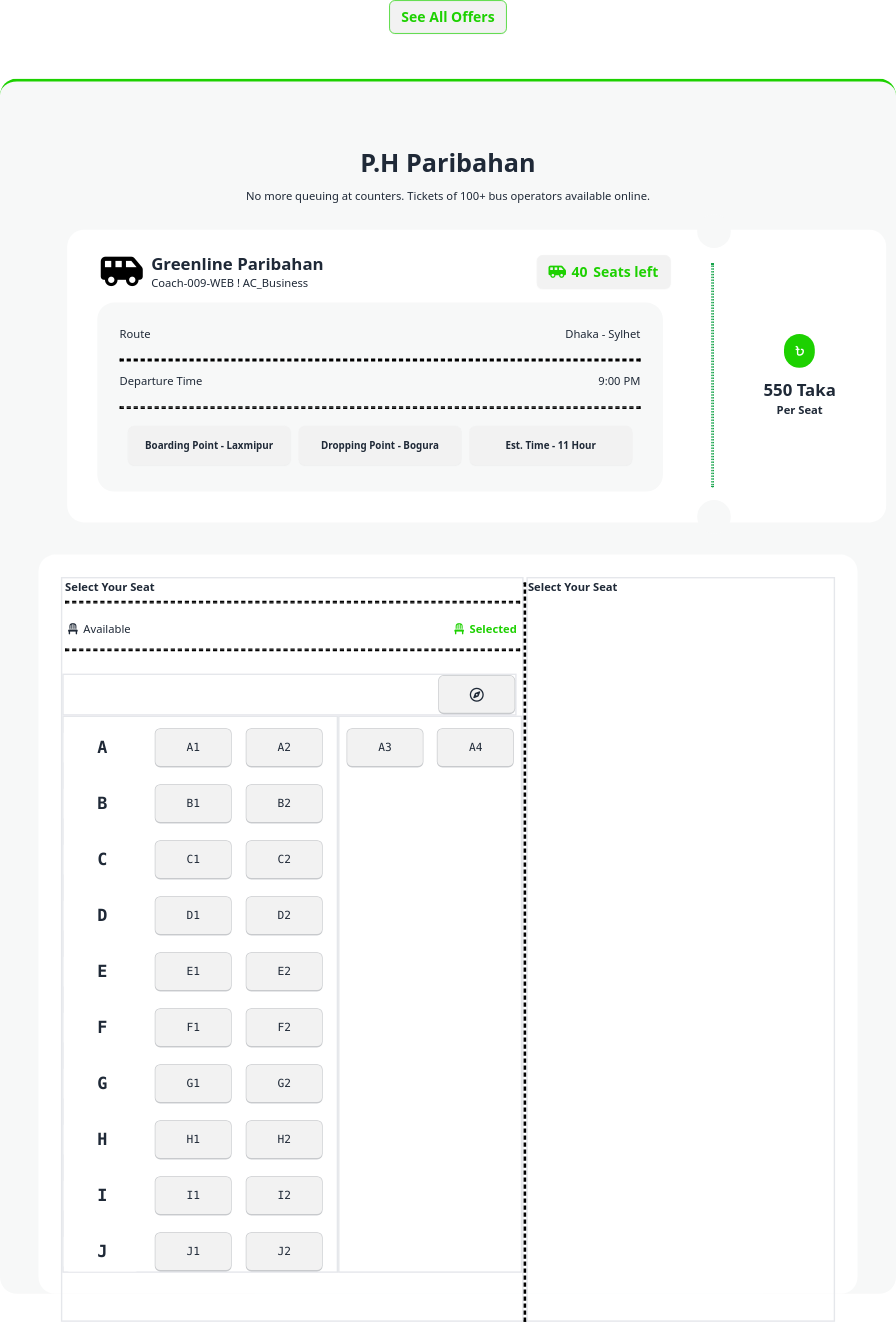
Repository: RudrasahaDibos/Smart-ticketing
Page: index.html
An editor plug-in stored every save of this project. The page is shown before and after the next save, followed by the edit.
The browser window is 1280 px wide. The pictures show the part of the page from y = 1206 to 3126 px (the page is 3126 px tall), at 70% of full size.
Some web fonts or font styles are not loaded; a fallback is used. Some web libraries are served in a nearby version.

Above is the page before, as saved 2024-11-10 13:38:27.

### index.html
<!DOCTYPE html>
<html lang="en">
  <head>
    <meta charset="UTF-8">
    <meta name="viewport" content="width=device-width, initial-scale=1.0">
    <title>Smart-ticketing</title>
    <!-- tailwind link -->
    <link href="https://cdn.jsdelivr.net/npm/daisyui@4.12.14/dist/full.min.css"
      rel="stylesheet" type="text/css" />
    <script src="https://cdn.tailwindcss.com"></script>
    <!-- font awesome link -->
    <link rel="stylesheet"
      href="https://cdnjs.cloudflare.com/ajax/libs/font-awesome/6.6.0/css/all.min.css"
      integrity="sha512-Kc323vGBEqzTmouAECnVceyQqyqdsSiqLQISBL29aUW4U/M7pSPA/gEUZQqv1cwx4OnYxTxve5UMg5GT6L4JJg=="
      crossorigin="anonymous" referrerpolicy="no-referrer" />

    <!-- google fonts  -->
    <link rel="preconnect" href="https://fonts.googleapis.com">
    <link rel="preconnect" href="https://fonts.gstatic.com" crossorigin>
    <link
      href="https://fonts.googleapis.com/css2?family=Anton+SC&family=Manrope:wght@200..800&family=Raleway:ital,wght@0,100..900;1,100..900&display=swap"
      rel="stylesheet">

    <style>
.raleway{
  font-family: "Raleway", sans-serif;
}
</style>

  </head>
  <body>
    <!-- header ends here -->
    <header class="container mx-auto lg:pl-24 lg:pr-24 lg:pt-4 w-[1400px]">
      <div>
        <!-- navbar starts here -->
        <div class="navbar bg-base-100">
          <div class="navbar-start">
            <div class="dropdown">
              <div tabindex="0" role="button" class="btn btn-ghost lg:hidden">
                <svg
                  xmlns="http://www.w3.org/2000/svg"
                  class="h-5 w-5"
                  fill="none"
                  viewBox="0 0 24 24"
                  stroke="currentColor">
                  <path
                    stroke-linecap="round"
                    stroke-linejoin="round"
                    stroke-width="2"
                    d="M4 6h16M4 12h8m-8 6h16" />
                </svg>
              </div>
              <ul
                tabindex="0"
                class="menu menu-sm dropdown-content bg-base-100 rounded-box z-[1] mt-3 w-52 p-2 shadow">
                <li><a>Home</a></li>
                <li><a>About</a></li>
                <li><a>Destination</a></li>
                <li><a>Search</a></li>
              </ul>
            </div>
            <a class="btn btn-ghost text-2xl font-extrabold">E-Ticket</a>
          </div>
          <div class="navbar-center hidden lg:flex">
            <ul class="menu menu-horizontal px-1">
              <li><a>Home</a></li>
              <li><a>About</a></li>
              <li><a>Destination</a></li>
              <li><a>Search</a></li>
            </ul>
          </div>
          <div class="navbar-end">
            <a class="btn text-[#1DD100]  border-1  text-xl">Bus <i
                class="fa-solid fa-van-shuttle"></i></a>
          </div>
        </div>
      </div>

      <!-- banner start here -->

      <div
        class="hero h-[550px] mt-8 bg-[url('/images/banner.png')] rounded-3xl relative">

        <div class="hero-content text-neutral-content text-center">
          <div class>
            <h1 class="mb-5 text-5xl font-extrabold">End-to-End Travel with <br>
              <span class="text-5xl text-[#1DD100]  font-extrabold">P
                Paribahan</span></h1>
            <p class="mb-5">
              A one-stop solution for your travel needs

              Introducing you to the Shohoz way of life
            </p>
            <button class="btn bg-[#1DD100] border-none">Buy Tickets</button>
          </div>
        </div>
      </div>

      <!-- banner end here -->

      <!-- 3 card start here  -->

      <div
        class=" flex justify-between items-center gap-4 pl-16 pr-16 absolute -bottom-4   ">
        <div
          class="stat flex bg-white justify-center items-center shadow-xl  border-b-4 border-b-[#1DD100]  rounded-2xl w-[338px] h-[138px]">
          <div class="text-[#1DD100] text-2xl font-extrabold ">
            <i class="fa-solid fa-users"></i>
          </div>

          <div>
            <div class="stat-value">500K+</div>
            <div class="stat-desc text-xl ">Registered users</div>
          </div>

        </div>

        <div
          class="stat flex bg-white justify-center items-center  border-b-4 border-b-[#1DD100] shadow-xl  rounded-2xl w-[338px] h-[138px]">
          <div class="text-[#1DD100] text-2xl font-extrabold ">
            <i class="fa-solid fa-ticket  "></i>

          </div>

          <div>
            <div class="stat-value">1.7 lacks</div>
            <div class="stat-desc text-xl ">Tickets sold</div>
          </div>

        </div>

        <div
          class="stat flex bg-white justify-center items-center  border-b-4 border-b-[#1DD100] shadow-xl  rounded-2xl w-[338px] h-[138px]">
          <div class="text-[#1DD100] text-2xl font-extrabold ">
            <i class="fa-solid fa-van-shuttle"></i>

          </div>

          <div>
            <div class="stat-value">80K+</div>
            <div class="stat-desc text-xl ">Rental partners</div>
          </div>

        </div>
      </div>

      <!-- 3 card ends here -->

      <!-- navbar Ends here -->
    </header>
    <!-- header ends here -->

    <!-- main start here -->
    <main class>
      <!-- Best offers for you start here -->
      <section
        class="mt-40 container mx-auto  lg:pl-24 lg:pr-24 lg:pt-4 w-[1400px]">
        <h1 class="text-4xl font-semibold text-center">Best offers for you</h1>
        <!-- two card start here -->
        <div class="flex  flex-col lg:flex-row gap-4 mt-10">
          <div class="bg-yellow-500  w-[573px] h-[220px]  rounded-2xl">

            <div>

              <div class=" w-[50%] mt-14 ml-14">
                <h1 class="text-4xl font-extrabold">15% OFF</h1>
                <p class="text-xl font-bold">on your next purchase</p>
                <p class="text-xl font-bold">use by January 2024</p>
              </div>

              <div class=" w-1/4 -mt-20 ml-auto mr-14  text-center">
                <h1 class="text-4xl font-extrabold">NEW15</h1>
                <p class="text-xl font-bold">Coupon Code</p>

              </div>
            </div>
            <p
              class="bg-white w-[48px] h-[48px] absolute mx-auto rounded-full ml-80 -mt-40  "></p>
            <p
              class="bg-white w-[48px] h-[48px] absolute mx-auto rounded-full ml-80 mt-[55px]  "></p>
            <p
              class="border-2 border-dotted border-white relative w-0 h-32 -mt-[95px] ml-[343px]  "></p>

          </div>
          <div class="bg-pink-400   w-[573px] h-[220px] rounded-2xl">
            <div>

              <div class=" w-[50%] mt-14 ml-14">
                <h1 class="text-4xl font-extrabold">20% OFF</h1>
                <p class="text-xl font-bold">on your next purchase</p>
                <p class="text-xl font-bold">use by January 2024</p>
              </div>

              <div class="  w-2/4 -mt-20 ml-[300px] mr-14  text-center">
                <h1 class="text-4xl font-extrabold">Couple 20</h1>
                <p class="text-xl font-bold">Coupon Code</p>

              </div>
            </div>
            <p
              class="bg-white w-[48px] h-[48px] absolute mx-auto rounded-full ml-80 -mt-40  "></p>
            <p
              class="bg-white w-[48px] h-[48px] absolute mx-auto rounded-full ml-80 mt-[55px]  "></p>
            <p
              class="border-2 border-dotted border-white relative w-0 h-32 -mt-[95px] ml-[343px]  "></p>
          </div>
        </div>
        <div class=" text-center mt-16">
          <a class="btn text-[#1DD100]  border-1 border-[#1DD100] text-xl">See
            All Offers
          </a>
        </div>
        <!-- two card end here -->
      </section>

      <!-- Best offers for you ends here -->
      <!-- tickeing process start here -->
      <section
        class="bg-[#F7F8F8] w-full min-h-screen rounded-3xl mt-16 border-t-4 border-t-[#1DD100]">

        <div class="container mx-auto  lg:pl-24 lg:pr-24 lg:pt-4 w-[1400px]">
          <h1 class="text-4xl font-semibold text-center mt-20">P.H Paribahan
          </h1>
          <p class=" text-center w-[736px] h-[60px] mx-auto mt-4">No more
            queuing at counters. Tickets of 100+ bus operators available online.
          </p>
          <!-- Greenline Paribahan  start here-->

          <div
            class="bg-[#FFFFFF] w-[1170px] h-[418px] rounded-3xl  container mx-auto p-8 flex justify-between ">
            <div class=" w-3/4">
              <!-- Coach-009-WEB ! AC_Business start here -->
              <div class="flex justify-between ">

                <div class="flex justify-center items-center gap-3 ml-4 ">
                  <div class="text-5xl text-black  ">
                    <i class="fa-solid fa-van-shuttle "></i>
                  </div>
                  <div>
                    <h1 class="text-2xl font-bold">Greenline Paribahan</h1>
                    <p>Coach-009-WEB ! AC_Business</p>
                  </div>
                </div>

                <div class="flex felx-col justify-end mt-1">
                  <a class="btn text-[#1DD100]  border-1  text-xl"> <i
                      class="fa-solid fa-van-shuttle"></i> <span>40</span> Seats
                    left </a>
                </div>
              </div>
              <!-- Coach-009-WEB ! AC_Business end here -->

              <!-- Dhaka - Sylhet starts here -->
              <div
                class="bg-[#F7F8F8] w-[808px] h-[270px] mt-4 mx-auto rounded-3xl">

                <div class>
                  <div class="flex justify-between p-4 ">
                    <h1 class="ml-4 mt-4">Route</h1>
                    <h1 class="mr-4 mt-4">Dhaka - Sylhet</h1>
                  </div>

                  <div
                    class="border-dashed border-black border-2 mt-2  w-[744px] mx-auto h-0"></div>

                  <div class="flex justify-between p-4 ">
                    <h1 class="ml-4">Departure Time</h1>
                    <h1 class="mr-4">9:00 PM</h1>
                  </div>
                  <div
                    class="border-dashed border-black border-2 mt-2  w-[744px] mx-auto h-0"></div>

                  <div class="mt-2 p-4 flex justify-center items-center gap-3">
                    <button class="btn   w-[232px] h-[56px]">Boarding Point -
                      Laxmipur</button>
                    <button class="btn  w-[232px] h-[56px]">Dropping Point -
                      Bogura</button>
                    <button class="btn  w-[232px] h-[56px]">Est. Time - 11
                      Hour</button>
                  </div>
                </div>
              </div>
              <!-- Dhaka - Sylhet end here -->

            </div>

            <div
              class=" text-center flex flex-col justify-center items-center mr-10">
              <i
                class="fa-solid fa-bangladeshi-taka-sign bg-[#1DD100] rounded-full  p-4 text-white "></i>
              <h1 class="text-2xl font-semibold mt-4"><span>550</span> Taka</h1>
              <p class="font-bold">Per Seat</p>
            </div>

          </div>
          <p
            class="bg-[#F7F8F8] w-[48px] h-[48px] absolute mx-auto rounded-full ml-[900px] -mt-[440px]  "></p>
          <p
            class="bg-[#F7F8F8] w-[48px] h-[48px] absolute mx-auto rounded-full ml-[900px] -mt-8  "></p>
          <p
            class="border-2 border-dotted border-green-600 relative w-0 h-80 -mt-[370px] ml-[920px]  "></p>

          <!-- Greenline Paribahan  ends here-->
        </div>

        <!-- Select Your Seat star here  -->
        <div
          class="bg-[#FFFFFF] w-[1170px] h-[1056px] rounded-3xl mt-24 container mx-auto  ">

          <div class="flex justify-between p-8">
            <div class="w-3/5 border-2">
              <p class="font-semibold ml-1">Select Your Seat</p>
              <div
                class="border-dashed border-black border-2 mt-2  w-[650px] mx-auto h-0"></div>
              <!-- seat available start here -->
              <div class="flex justify-between mt-4">

                <div class="flex gap-2 justify-center items-center p-2 ">
                  <i class="fa-solid fa-chair"></i>
                  <p>Available</p>
                </div>
                <div
                  class="flex gap-2 justify-center items-center p-2 text-[#1DD100] ">
                  <i class="fa-solid fa-chair font-bold"></i>
                  <p class="font-bold">Selected</p>
                </div>

              </div>
              <!-- seat available ends here -->
              <div
                class="border-dashed border-black border-2 mt-2  w-[650px] mx-auto h-0"></div>
                <!-- seat planing start here -->
               <div class="mt-8">
                    <div class="text-end border-2 mr-2">
                      <kbd class="kbd  h-[56px] w-[110px] text-center mx-auto "><i class="fa-regular fa-compass text-xl"></i></kbd>
                    </div>
                    <!-- seat  start here-->
                     <div class="flex  justify-between">
                          <!-- seat is with door start -->
                          <div class="grid grid-cols-3 border-2 w-3/5 ">
                                  <div class="mx-auto mt-4 space-y-6">
                                    <kbd class="kbd  w-[110px] h-[56px] bg-[#ffffff]  border-none font-bold text-2xl">A</kbd>
                                    <kbd class="kbd  w-[110px] h-[56px]  bg-[#ffffff] border-none font-bold text-2xl">B</kbd>
                                    <kbd class="kbd  w-[110px] h-[56px]  bg-[#ffffff] border-none font-bold text-2xl">C</kbd>
                                    <kbd class="kbd  w-[110px] h-[56px]  bg-[#ffffff] border-none font-bold text-2xl">D</kbd>
                                    <kbd class="kbd  w-[110px] h-[56px]  bg-[#ffffff] border-none font-bold text-2xl">E</kbd>
                                    <kbd class="kbd  w-[110px] h-[56px]  bg-[#ffffff] border-none font-bold text-2xl">F</kbd>
                                    <kbd class="kbd  w-[110px] h-[56px]  bg-[#ffffff] border-none font-bold text-2xl">G</kbd>
                                    <kbd class="kbd  w-[110px] h-[56px]  bg-[#ffffff] border-none font-bold text-2xl">H</kbd>
                                    <kbd class="kbd  w-[110px] h-[56px]  bg-[#ffffff] border-none font-bold text-2xl">I</kbd>
                                    <kbd class="kbd  w-[110px] h-[56px]  bg-[#ffffff] border-none font-bold text-2xl">J</kbd>
                                  </div>

                                  <div class="mt-4 space-y-6">
                                    <kbd class="kbd w-[110px] h-[56px] ">A1</kbd>
                                    <kbd class="kbd w-[110px] h-[56px] ">B1</kbd>
                                    <kbd class="kbd w-[110px] h-[56px] ">C1</kbd>
                                    <kbd class="kbd w-[110px] h-[56px] ">D1</kbd>
                                    <kbd class="kbd w-[110px] h-[56px] ">E1</kbd>
                                    <kbd class="kbd w-[110px] h-[56px] ">F1</kbd>
                                    <kbd class="kbd w-[110px] h-[56px] ">G1</kbd>
                                    <kbd class="kbd w-[110px] h-[56px] ">H1</kbd>
                                    <kbd class="kbd w-[110px] h-[56px] ">I1</kbd>
                                    <kbd class="kbd w-[110px] h-[56px] ">J1</kbd>
                                  </div>

                                  <div class="mt-4 space-y-6">
                                    <kbd class="kbd w-[110px] h-[56px] ">A2</kbd>
                                    <kbd class="kbd w-[110px] h-[56px] ">B2</kbd>
                                    <kbd class="kbd w-[110px] h-[56px] ">C2</kbd>
                                    <kbd class="kbd w-[110px] h-[56px] ">D2</kbd>
                                    <kbd class="kbd w-[110px] h-[56px] ">E2</kbd>
                                    <kbd class="kbd w-[110px] h-[56px] ">F2</kbd>
                                    <kbd class="kbd w-[110px] h-[56px] ">G2</kbd>
                                    <kbd class="kbd w-[110px] h-[56px] ">H2</kbd>
                                    <kbd class="kbd w-[110px] h-[56px] ">I2</kbd>
                                    <kbd class="kbd w-[110px] h-[56px] ">J2</kbd>
                                  </div>
                          </div>
                         <!-- seat is with door end -->

                          <!-- seat is driver start -->
                            <div class="grid grid-cols-2  border-2 w-2/5">
                                    <div class="mx-auto mt-4 space-y-6">
                                      <kbd class="kbd w-[110px] h-[56px] ">A3</kbd>
                                    </div>
                                    <div class="mx-auto mt-4 space-y-6">
                                      <kbd class="kbd w-[110px] h-[56px] ">A4</kbd>
                                    </div>
                            </div>
                            <!-- seat is driver end -->
                     </div>

                     <!-- seat end here -->
               </div>

               <!-- seat planing end here -->



            </div>









            <div
              class="border-dashed border-black border-2 mt-2  w-[0px] mx-auto h-[1056px]"></div>

            <div class="border-2  w-2/5 ">
              <p class="font-semibold">Select Your Seat</p>
            </div>
          </div>

        </div>

        <!-- Select Your Seat end here  -->

      </section>
      <!-- tickeing process ends here -->

    </main>
    <!-- main ends here -->

    <!-- js add -->
    <script src="index.js"></script>
  </body>
</html>

Loaded but not shown: index.js (common file)

After the next save:
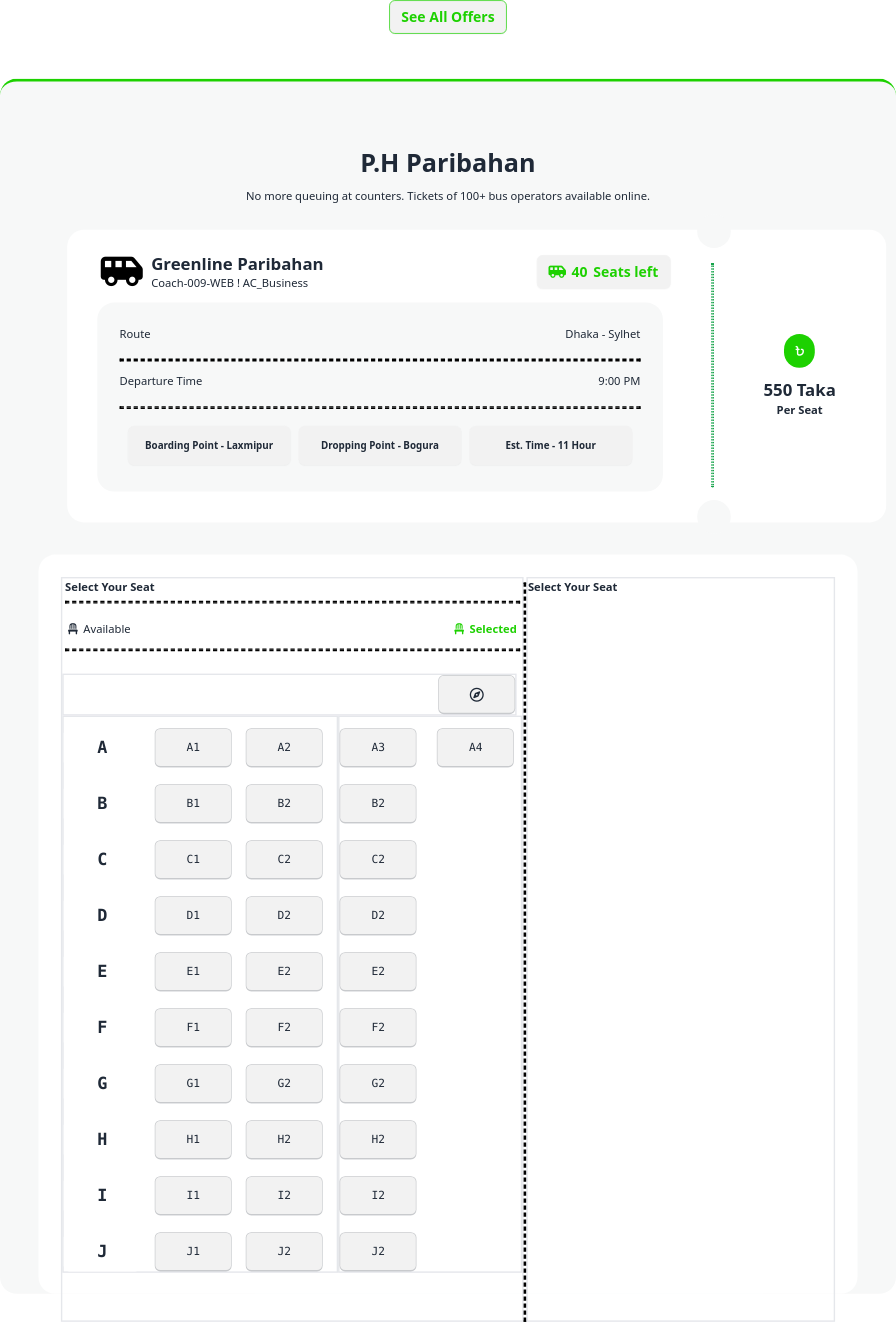
Saved 9 s later.
--- a/index.html
+++ b/index.html
@@ -383,6 +383,15 @@
                             <div class="grid grid-cols-2  border-2 w-2/5">
                                     <div class="mx-auto mt-4 space-y-6">
                                       <kbd class="kbd w-[110px] h-[56px] ">A3</kbd>
+                                      <kbd class="kbd w-[110px] h-[56px] ">B2</kbd>
+                                      <kbd class="kbd w-[110px] h-[56px] ">C2</kbd>
+                                      <kbd class="kbd w-[110px] h-[56px] ">D2</kbd>
+                                      <kbd class="kbd w-[110px] h-[56px] ">E2</kbd>
+                                      <kbd class="kbd w-[110px] h-[56px] ">F2</kbd>
+                                      <kbd class="kbd w-[110px] h-[56px] ">G2</kbd>
+                                      <kbd class="kbd w-[110px] h-[56px] ">H2</kbd>
+                                      <kbd class="kbd w-[110px] h-[56px] ">I2</kbd>
+                                      <kbd class="kbd w-[110px] h-[56px] ">J2</kbd>
                                     </div>
                                     <div class="mx-auto mt-4 space-y-6">
                                       <kbd class="kbd w-[110px] h-[56px] ">A4</kbd>
